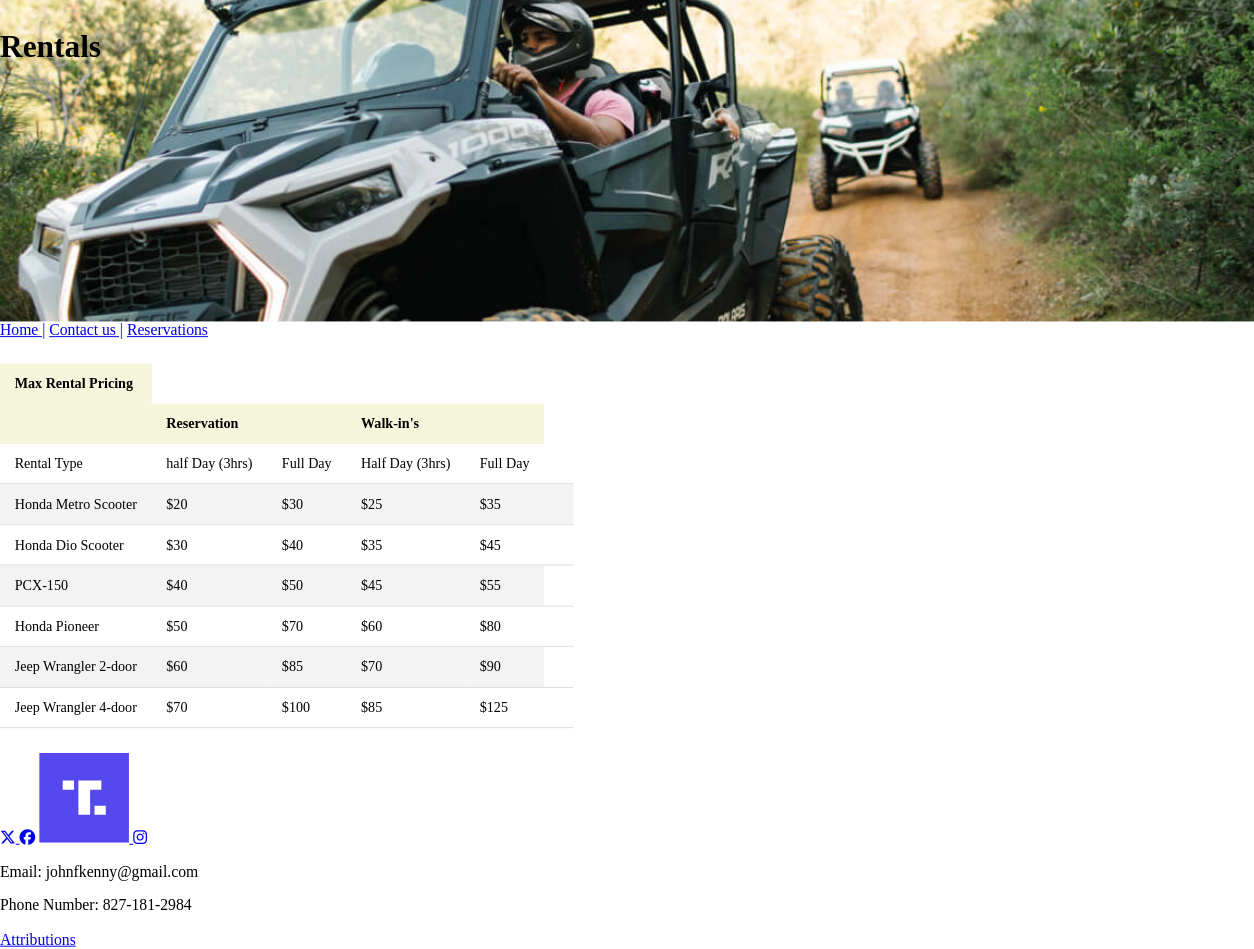
Repository: nak97/WDD230
Page: scoots/rentals-page/rentals-page.html
The author's editor kept a copy of each file at every save. The page is drawn from the files as they stood at one save, then again after the next save.
The browser window is 1280 px wide. The pictures show the whole page, at 98% of full size.
Some web libraries are served in a nearby version.

Above is the page before, as saved 2023-12-11 17:26:04.

After the next save:
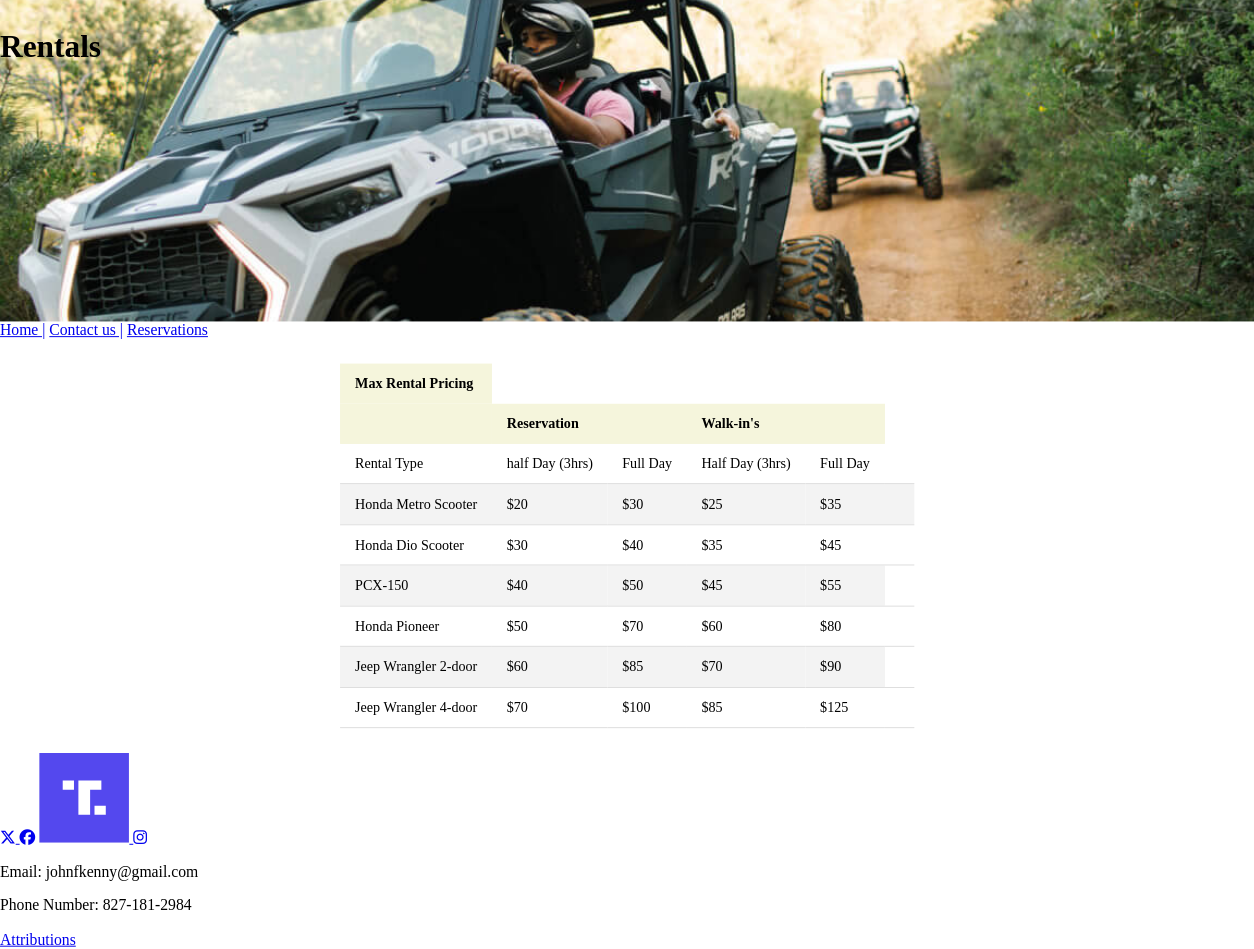
Saved 34 s later.
--- a/scoots/rentals-page/styles/base.css
+++ b/scoots/rentals-page/styles/base.css
@@ -27,7 +27,7 @@ header {
 
 }
 
-main {
+.flex-container {
   display: flex;
   justify-content: center;
 }
